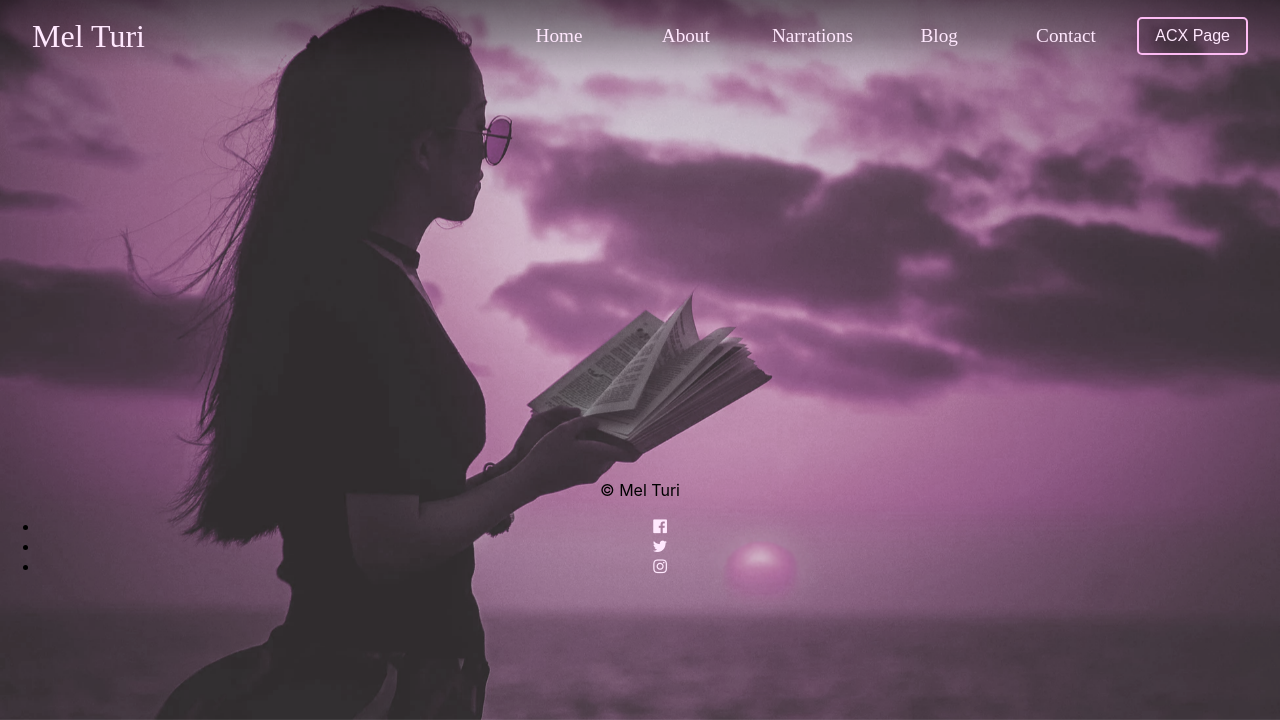
Repository: mel-turi/mel-turi-website
Page: /
An editor plug-in stored every save of this project. The page is shown before and after the next save, followed by the edit.
The browser window is 1280 px wide. The pictures show the whole page.
Some web fonts or font styles are not loaded; a fallback is used. The project was rebuilt for these pictures with package versions that can differ from the ones it lists, and the page was loaded fresh each time.

Above is the page before, as saved 2019-08-23 20:46:49.

After the next save:
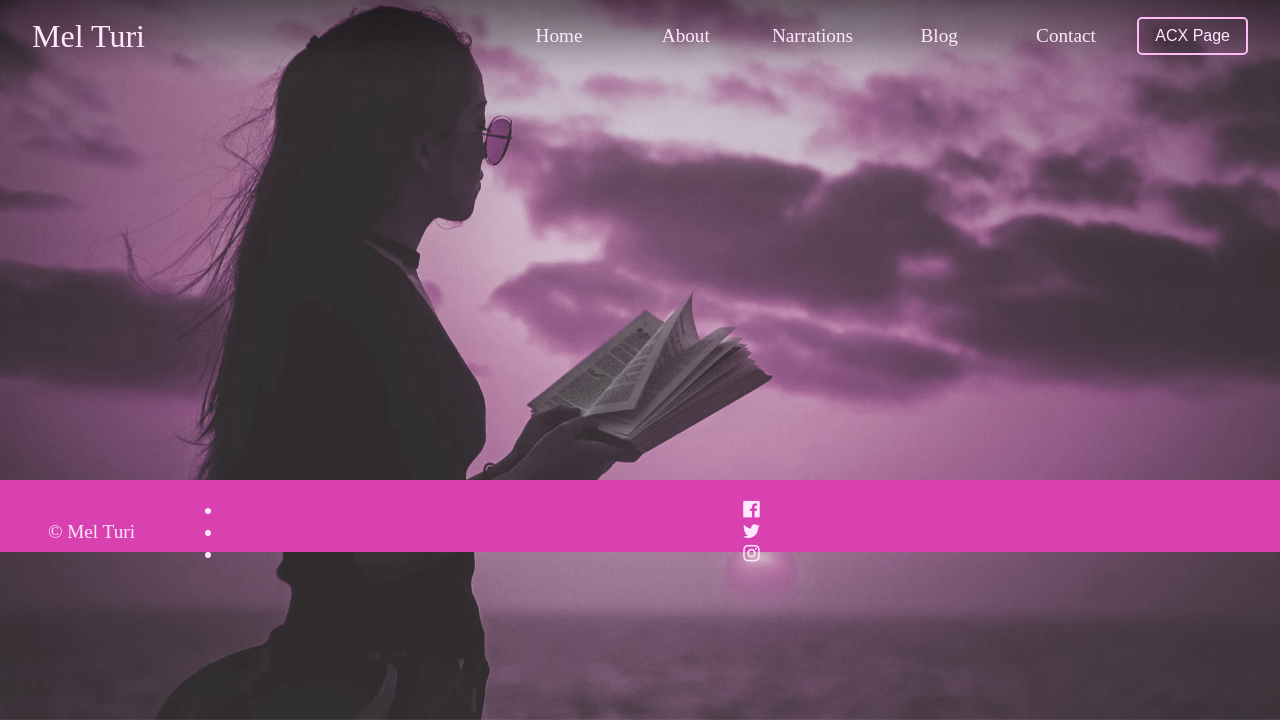
Saved 51 s later.
--- a/src/index.css
+++ b/src/index.css
@@ -90,3 +90,17 @@
   border-radius: 5px;
   padding: 0.5rem 1rem 0.5rem 1rem;
 }
+
+.footer {
+  color: var(--light-primary-color);
+  font-family: 'Sail', cursive;
+  font-size: 1.2rem;
+  height: 10vh;
+  display: grid;
+  grid-template-columns: 1fr 6fr;
+  align-items: center;
+  justify-content: space-between;
+  margin: 0;
+  padding: 0;
+  background: var(--dark-primary-color);
+}
